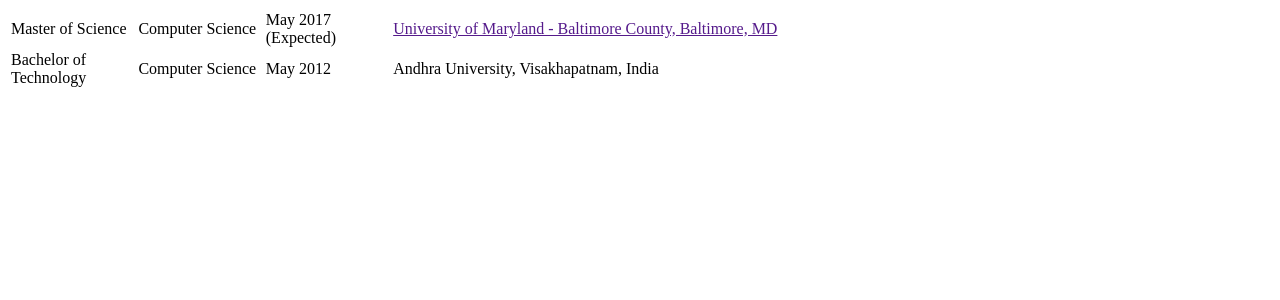
Repository: phanindrakannaji/Resume
Page: http://localhost/application/pages/education.php
An editor plug-in stored every save of this project. The page is shown before and after the next save, followed by the edit.
The browser window is 1280 px wide. The pictures show the whole page.
The page is run by PHP 8.4 with error messages shown; the project is at /var/www/html/.

Above is the page before, as saved 2016-09-25 04:31:21.
Console error: ReferenceError: $ is not defined

After the next save:
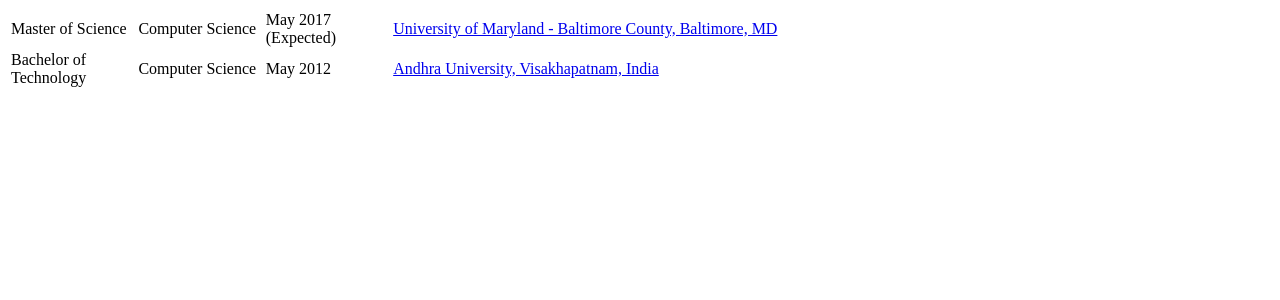
Saved 72 s later.
--- a/Resume/application/pages/education.php
+++ b/Resume/application/pages/education.php
@@ -5,13 +5,13 @@
 			<td class="customfont2 normaltext" width="10%">Master of Science</td>
 			<td class="customfont2 normaltext" width="10%">Computer Science</td>
 			<td class="customfont2 normaltext" width="10%">May 2017 (Expected)</td>
-			<td class="customfont2 normaltext" width="70%"><a href="" target="blank">University of Maryland - Baltimore County, Baltimore, MD</a></td>
+			<td class="customfont2 normaltext" width="70%"><a href="https://en.wikipedia.org/wiki/University_of_Maryland,_Baltimore_County" target="blank">University of Maryland - Baltimore County, Baltimore, MD</a></td>
 		</tr>
 		<tr>
 			<td class="customfont2 normaltext" width="10%">Bachelor of Technology</td>
 			<td class="customfont2 normaltext" width="10%">Computer Science</td>
 			<td class="customfont2 normaltext" width="10%">May 2012</td>
-			<td class="customfont2 normaltext" width="70%">Andhra University, Visakhapatnam, India</td>
+			<td class="customfont2 normaltext" width="70%"><a href="https://en.wikipedia.org/wiki/Andhra_University" target="blank">Andhra University, Visakhapatnam, India</a></td>
 		</tr>
 	</tbody>
 </table>
